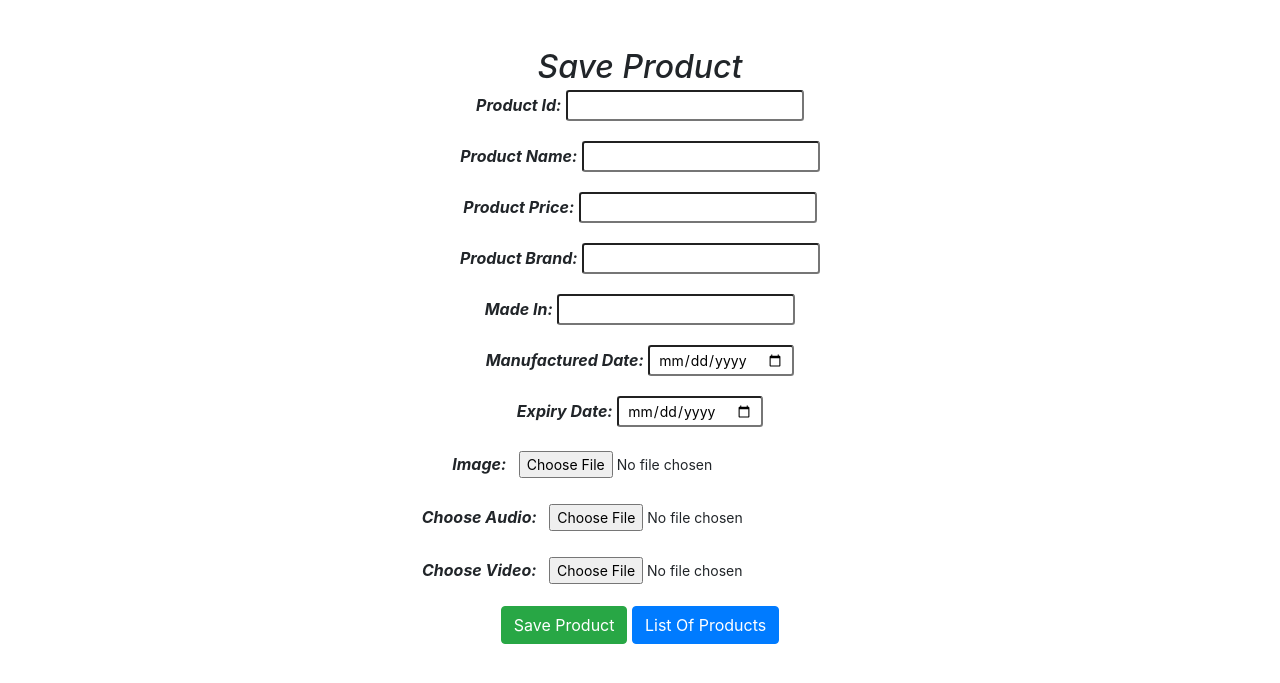
Repository: ananthaanusha/advjavaprograms
Page: ProductManagementApp/src/main/webapp/addProduct.html
These files come from the project's save history. The page is drawn as it stood at one moment and after the next save; the edit follows.
The browser window is 1280 px wide. The pictures show the whole page.

Above is the page before, as saved 2024-03-10 11:34:10.

### ProductManagementApp/src/main/webapp/addProduct.html
<!DOCTYPE html>
<html>
	<head>
		<title>Product Details...</title>
		<!-- Latest compiled and minified CSS -->
<link rel="stylesheet" href="https://stackpath.bootstrapcdn.com/bootstrap/4.5.2/css/bootstrap.min.css" integrity="sha384-JcKb8q3iqJ61gNV9KGb8thSsNjpSL0n8PARn9HuZOnIxN0hoP+VmmDGMN5t9UJ0Z" crossorigin="anonymous">

		<script type="text/javascript" src="formvalidation.js"></script>

	</head>
	<body>
	<div class="container mt-5 text-center">
	<h2 class="text-center font-italic mb-1">Save Product</h2>
	  <form method="post" action="AddProductServlet" enctype="multipart/form-data" onsubmit="return validateForm()">

		<div class="form-group">
		<label class="font-italic font-weight-bold" for="proId">Product Id:</label>
		<input type="text" class="form-control-sm" id="proId" name="proId" >
		</div>


		<div class="form-group">
		<label class="font-italic font-weight-bold" for="proName">Product Name:</label>
		<input type="text" class="form-control-sm" id="proName" name="proName" >
		</div>

		<div class="form-group">
		<label class="font-italic font-weight-bold" for="proPrice">Product Price:</label>
		<input type="number" class="form-control-sm" id="proPrice" name="proPrice" >
		</div>


		<div class="form-group">
		<label class="font-italic font-weight-bold" for="proBrand">Product Brand:</label>
		<input type="text" class="form-control-sm" id="proBrand" name="proBrand" >
		</div>


		<div class="form-group">
		<label class="font-italic font-weight-bold" for="madeIn">Made In:</label>
		<input type="text" class="form-control-sm" id="madeIn" name="madeIn" >
		</div>


		<div class="form-group">
		<label class="font-italic font-weight-bold" for="mDate">Manufactured Date:</label>
		<input type="date" class="form-control-sm" id="mDate" name="mDate" >
		</div>


		<div class="form-group">
		<label class="font-italic font-weight-bold" for="eDate">Expiry Date:</label>
		<input type="date" class="form-control-sm" id="eDate" name="eDate" >
		</div>


		<div class="form-group">
		<label class="font-italic font-weight-bold" for="proImage">Image:</label>
		<input type="file" class="form-control-sm" id="proImage" name="proImage" accept="image/*">
		</div>


		 <div class="form-group">
		<label class="font-italic font-weight-bold" for="audio">Choose Audio:</label>
		<input type="file" class="form-control-sm" id="audio" name="audio" accept="audio/*">
		</div>

		<div class="form-group">
		<label class="font-italic font-weight-bold" for="video">Choose Video:</label>
		<input type="file" class="form-control-sm" id="proVideo" name="proVideo" accept="video/*">
		</div>
		<div>
		  <input type="submit" class="btn btn-success" value="Save Product"/>
		  <a href="productList.jsp" class="btn btn-primary">List Of Products</a>
		</div>
	  </form>
	</div>
	</body>
</html>

### ProductManagementApp/src/main/webapp/formvalidation.js
function validateForm(){
	var proId=Document.getElementById("proId").value;
	var proName=Document.getElementById("proName").value;
	var proPrice=Document.getElementById("proPrice").value;
	var proBrand=Document.getElementById("proBrand").value;
	var madeIn=Document.getElementById("madeIn").value;

	if(proId.trim() ==="" || proName.trim() ==="" || proPrice.trim() ==="" || proBrand.trim() ==="" || madeIn.trim() ==="")
	{
	alert("All Fields Must Be Filled Out");
	return false;
	}
	if(parseFloat(proPrice)<0){
		alert("price must not be negative ");
		return false;
	}
	if(proName.length >50 || proBrand.length>50){
		alert("Product Name and Brand length should not exceed 50 characters");
		return false;
	}
	var promfgdt=document.getElementById("mDate").value;
	var proexpdt=document.getElementById("eDate").value;
	var manufacturedDate = new Date(promfgdt);
	var expiryDate=new Date(proexpdt);
	if(manufacturedDate > expiryDate)
	{
		alert("manufactured date cannot be greater than expiry date");
		return false;
	}
	return true;
}

After the next save:
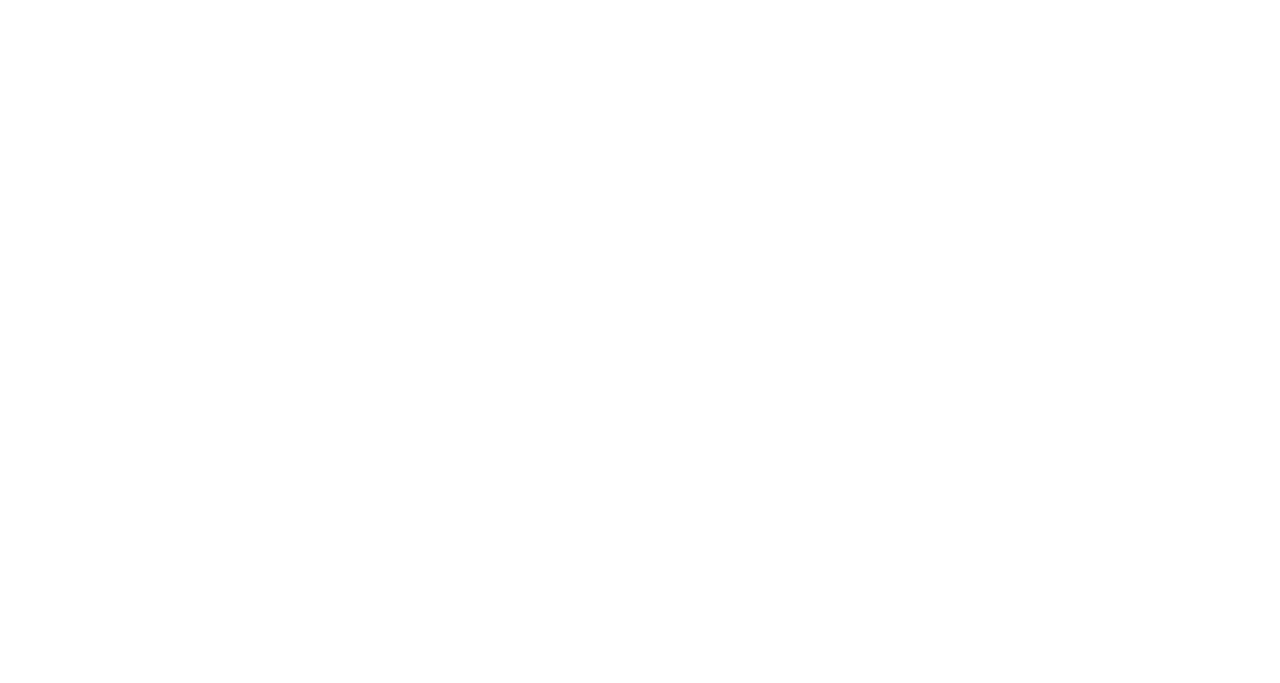
Saved 3 min 47 s later.
--- a/ProductManagementApp/src/main/webapp/addProduct.html
+++ b/ProductManagementApp/src/main/webapp/addProduct.html
@@ -6,6 +6,63 @@
 <link rel="stylesheet" href="https://stackpath.bootstrapcdn.com/bootstrap/4.5.2/css/bootstrap.min.css" integrity="sha384-JcKb8q3iqJ61gNV9KGb8thSsNjpSL0n8PARn9HuZOnIxN0hoP+VmmDGMN5t9UJ0Z" crossorigin="anonymous">
 
 		<script type="text/javascript" src="formvalidation.js"></script>
+		<style>
+* {
+  box-sizing: border-box;
+}
+
+input[type=text], select, textarea {
+  width: 100%;
+  padding: 12px;
+  border: 1px solid #ccc;
+  border-radius: 4px;
+  resize: vertical;
+}
+
+label {
+  padding: 12px 12px 12px 0;
+  display: inline-block;
+}
+
+input[type=submit] {
+  background-color: #04AA6D;
+  color: white;
+  padding: 12px 20px;
+  border: none;
+  border-radius: 4px;
+  cursor: pointer;
+  float: right;
+}
+
+input[type=submit]:hover {
+  background-color: #45a049;
+}
+
+.container {
+  border-radius: 5px;
+  background-color: #f2f2f2;
+  padding: 20px;
+}
+
+.col-25 {
+  float: left;
+  width: 25%;
+  margin-top: 6px;
+}
+
+.col-75 {
+  float: left;
+  width: 75%;
+  margin-top: 6px;
+}
+
+/* Clear floats after the columns */
+.row::after {
+  content: "";
+  display: table;
+  clear: both;
+}
+
 
 	</head>
 	<body>

After the save that followed:
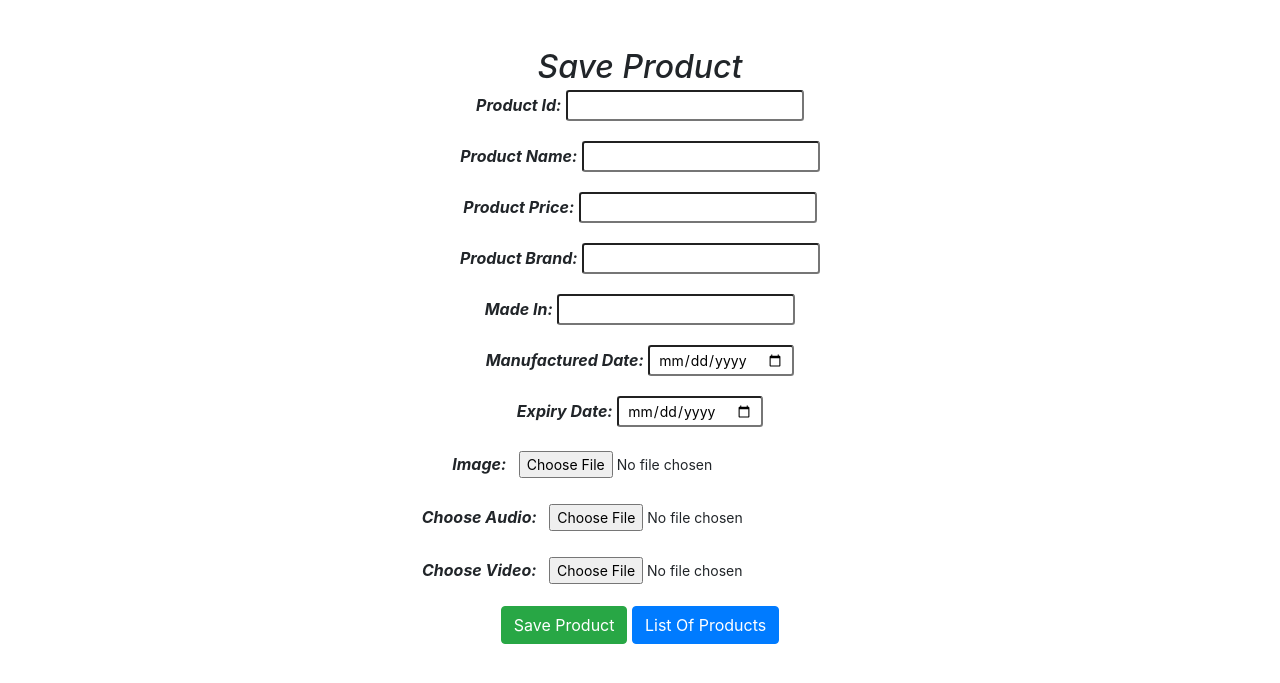
Saved 25 s later.
--- a/ProductManagementApp/src/main/webapp/addProduct.html
+++ b/ProductManagementApp/src/main/webapp/addProduct.html
@@ -6,62 +6,6 @@
 <link rel="stylesheet" href="https://stackpath.bootstrapcdn.com/bootstrap/4.5.2/css/bootstrap.min.css" integrity="sha384-JcKb8q3iqJ61gNV9KGb8thSsNjpSL0n8PARn9HuZOnIxN0hoP+VmmDGMN5t9UJ0Z" crossorigin="anonymous">
 
 		<script type="text/javascript" src="formvalidation.js"></script>
-		<style>
-* {
-  box-sizing: border-box;
-}
-
-input[type=text], select, textarea {
-  width: 100%;
-  padding: 12px;
-  border: 1px solid #ccc;
-  border-radius: 4px;
-  resize: vertical;
-}
-
-label {
-  padding: 12px 12px 12px 0;
-  display: inline-block;
-}
-
-input[type=submit] {
-  background-color: #04AA6D;
-  color: white;
-  padding: 12px 20px;
-  border: none;
-  border-radius: 4px;
-  cursor: pointer;
-  float: right;
-}
-
-input[type=submit]:hover {
-  background-color: #45a049;
-}
-
-.container {
-  border-radius: 5px;
-  background-color: #f2f2f2;
-  padding: 20px;
-}
-
-.col-25 {
-  float: left;
-  width: 25%;
-  margin-top: 6px;
-}
-
-.col-75 {
-  float: left;
-  width: 75%;
-  margin-top: 6px;
-}
-
-/* Clear floats after the columns */
-.row::after {
-  content: "";
-  display: table;
-  clear: both;
-}
 
 
 	</head>
